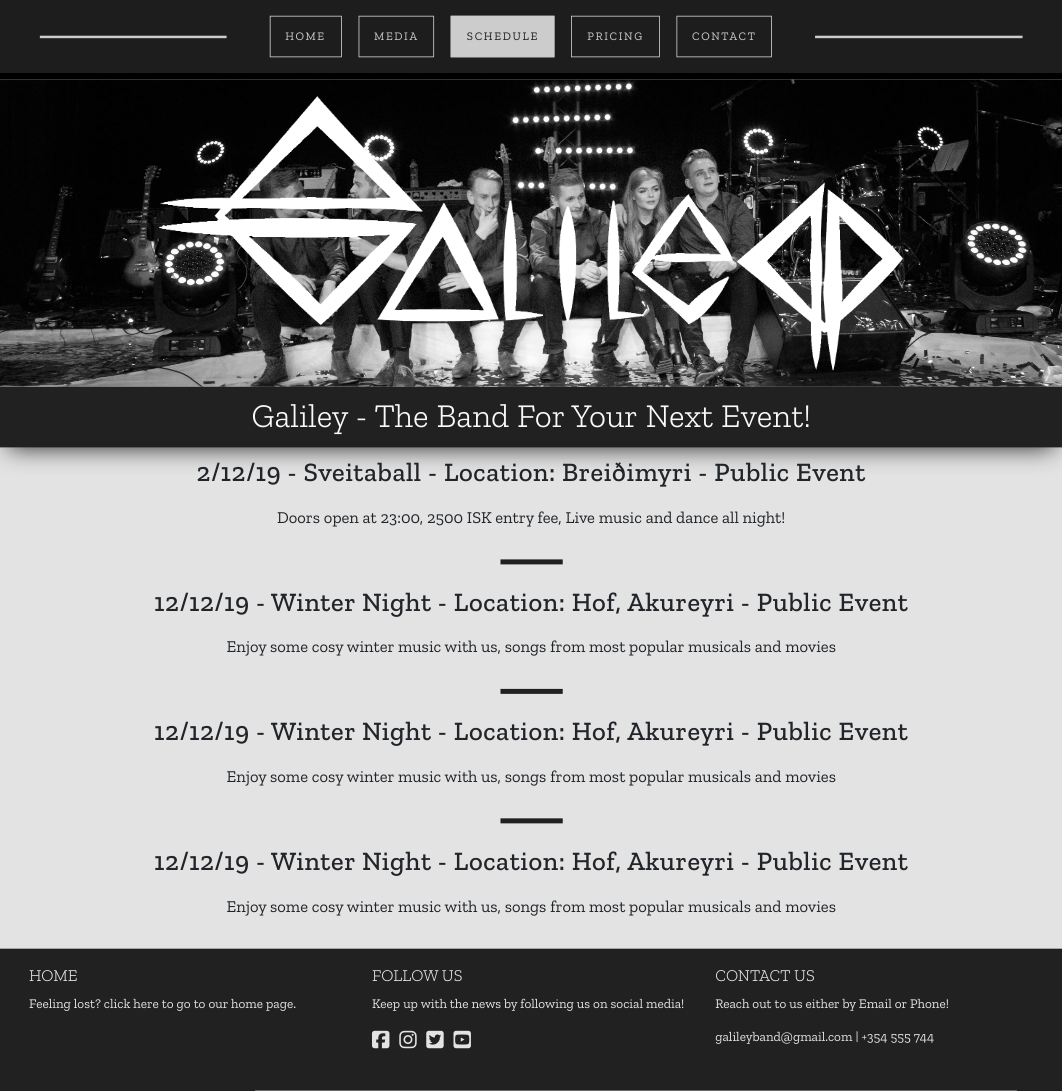
Repository: HeimirDavid/Galiley-Website
Page: schedule.html
The author's editor kept a record of every edit. The page is drawn from the files as they stood at one moment, then again after the next edit.
The browser window is 1280 px wide. The pictures show the whole page, at 83% of full size.
Some web libraries are served in a nearby version.

Above is the page before.

### schedule.html
<!DOCTYPE html>
<html lang="en">

<head>
    <meta charset="UTF-8">
    <meta name="viewport" content="width=device-width, initial-scale=1.0">
    <meta http-equiv="X-UA-Compatible" content="ie=edge">

    <link rel="stylesheet" href="https://stackpath.bootstrapcdn.com/bootstrap/4.3.1/css/bootstrap.min.css" integrity="sha384-ggOyR0iXCbMQv3Xipma34MD+dH/1fQ784/j6cY/iJTQUOhcWr7x9JvoRxT2MZw1T" crossorigin="anonymous">
    <link rel="stylesheet" href="https://cdnjs.cloudflare.com/ajax/libs/hover.css/2.3.1/css/hover-min.css" type="text/css" />
    <link rel="stylesheet" href="assets/css/style.css" type="text/css" />

    <script src="https://code.jquery.com/jquery-3.3.1.slim.min.js" integrity="sha384-q8i/X+965DzO0rT7abK41JStQIAqVgRVzpbzo5smXKp4YfRvH+8abtTE1Pi6jizo" crossorigin="anonymous"></script>
    <script src="https://cdnjs.cloudflare.com/ajax/libs/popper.js/1.14.7/umd/popper.min.js" integrity="sha384-UO2eT0CpHqdSJQ6hJty5KVphtPhzWj9WO1clHTMGa3JDZwrnQq4sF86dIHNDz0W1" crossorigin="anonymous"></script>
    <script src="https://stackpath.bootstrapcdn.com/bootstrap/4.3.1/js/bootstrap.min.js" integrity="sha384-JjSmVgyd0p3pXB1rRibZUAYoIIy6OrQ6VrjIEaFf/nJGzIxFDsf4x0xIM+B07jRM" crossorigin="anonymous"></script>
    <script src="https://kit.fontawesome.com/2ea8c5e5d2.js" crossorigin="anonymous"></script>

    <title>Galiley</title>
</head>

<body>
    <header>
        <!------ Header Navigation Menu, Mainly written with bootstrap  ------>
        <div class="row no-gutters">
            <div class="col black-container">
                <nav class="navbar fixed-top navbar-expand-md navbar-dark bg-dark" id="navbar-black-color">
                    <!-- Navbar position with help of this  -->
                    <a class="navbar-brand" href="index.html">Galiley - Home</a>
                    <!-- tutorial: https://www.youtube.com/watch?v=NzjU1GmKosQ&t=90s  -->
                    <button class="navbar-toggler" type="button" data-toggle="collapse" data-target="#navbarSupportedContent" aria-controls="navbarSupportedContent" aria-expanded="false" aria-label="Toggle navigation">
                    <span class="navbar-toggler-icon"></span></button>
                    <div class="collapse navbar-collapse" id="navbarSupportedContent">
                        <ul class="navbar-nav m-auto">
                            <li class="nav-item menuitem">
                                <a class="nav-link" href="index.html"><span>Home</span></a>
                            </li>
                            <li class="nav-item menuitem">
                                <a class="nav-link" href="media.html"><span>Media</span></a>
                            </li>
                            <li class="nav-item menuitem active-item">
                                <a class="nav-link" href="schedule.html"><span>Schedule</span></a>
                            </li>
                            <li class="nav-item menuitem">
                                <a class="nav-link" href="pricing.html"><span>Pricing</span></a>
                            </li>
                            <li class="nav-item menuitem">
                                <a class="nav-link" href="contact.html"><span>Contact</span></a>
                            </li>
                        </ul>
                    </div>
                </nav>
            </div>
        </div>

        <!------ Header Logo Image ------>
        <div class="logo-container">
            <div class="row no-gutters">
                <div class="col header-background-img">
                    <a href="#">
                    <img class="logo-white" src="assets/images/galiley_vit.png">
                </a>
                </div>
            </div>
        </div>

        <!------ Header Text  ------>
        <div class="row no-gutters">
            <div class="col h1-heading">
                <h1>Galiley - The Band For Your Next Event!</h1>
            </div>
        </div>
    </header>

    <section class="container">
        <div class="row">
            <div class="col text-center">
                <h3 class="header-h3 schedule-header">2/12/19 - Sveitaball - Location: Breiðimyri - Public Event</h3>
                <p class="p-text">
                    Doors open at 23:00, 2500 ISK entry fee, Live music and dance all night!
                </p>
                <hr class="block-devider">
                <h3 class="header-h3 schedule-header">12/12/19 - Winter Night - Location: Hof, Akureyri - Public Event</h3>
                <p class="p-text">
                    Enjoy some cosy winter music with us, songs from most popular musicals and movies
                </p>
                <hr class="block-devider">
                <h3 class="header-h3 schedule-header">12/12/19 - Winter Night - Location: Hof, Akureyri - Public Event</h3>
                <p class="p-text">
                    Enjoy some cosy winter music with us, songs from most popular musicals and movies
                </p>
                <hr class="block-devider">
                <h3 class="header-h3 schedule-header">12/12/19 - Winter Night - Location: Hof, Akureyri - Public Event</h3>
                <p class="p-text">
                    Enjoy some cosy winter music with us, songs from most popular musicals and movies
                </p>
            </div>
        </div>

    </section>
    <!--
    <section class="container-fluid">
        <div class="row">
            <div class="col schedule-col">
                <div class="table-responsive">
                    <table class="table table-hover table-dark">
                        <thead>
                            <tr>
                                <th scope="col">Date</th>
                                <th scope="col">Type</th>
                                <th scope="col">Location</th>
                                <th scope="col">Public/Closed</th>
                            </tr>
                        </thead>
                        <tbody>
                            <tr>
                                <th scope="row">1</th>
                                <td>Mark</td>
                                <td>Otto</td>
                                <td>@mdo</td>
                            </tr>
                            <tr>
                                <th scope="row">2</th>
                                <td>Jacob</td>
                                <td>Thornton</td>
                                <td>@fat</td>
                            </tr>
                            <tr>
                                <th scope="row">3</th>
                                <td colspan="2">Larry the Bird</td>
                                <td>@twitter</td>
                            </tr>
                        </tbody>
                    </table>
                </div>
            </div>
        </div>
    </section>
    -->

    <footer>
        <!------ Footer section, Mainly structured and written with the help from CI tutorials from the Resume-Project.
                             Since i liked the design and strucure and felt that it fits well within this project. ------>
        <div class="container-fluid">
            <div class="row" id="footer-details">
                <div class="col-sm-4">
                    <h5 class="uppercase footer-heading">
                        <a href="index.html" class="footer-links">Home</a>
                    </h5>
                    <p class="inline-block">Feeling lost? click here to go to our home page.</p>
                </div>

                <div class="col-sm-4">
                    <h5 class="uppercase footer-heading">Follow Us</h5>
                    <p class="inline-block">Keep up with the news by following us on social media!</p>
                    <ul class="list-inline social-media-links">
                        <li class="list-inline-item">
                            <a class="footer-links" target="_blank" href="https://www.facebook.com/GalileyBand/">
                                <i class="fab fa-facebook-square"></i>
                                <span class="sr-only">Facebook</span>
                            </a>
                        </li>
                        <li class="list-inline-item">
                            <a class="footer-links" target="_blank" href="#">
                                <i class="fab fa-instagram"></i>
                                <span class="sr-only">Instagram</span>
                            </a>
                        </li>
                        <li class="list-inline-item">
                            <a class="footer-links" target="_blank" href="#">
                                <i class="fab fa-twitter-square"></i>
                                <span class="sr-only">Twitter</span>
                            </a>
                        </li>
                        <li class="list-inline-item">
                            <a class="footer-links" target="_blank" href="#">
                                <i class="fab fa-youtube-square"></i>
                                <span class="sr-only">Youtube</span>
                            </a>
                        </li>
                    </ul>
                </div>

                <div class="col-sm-4">
                    <h5 class="uppercase footer-heading">Contact Us</h5>
                    <p class="inline-block">Reach out to us either by Email or Phone!</p>
                    <p>galileyband@gmail.com | +354 555 744</p>
                </div>
            </div>
        </div>
    </footer>
</body>

</html>

### assets/css/style.css
@import url('https://fonts.googleapis.com/css?family=Zilla+Slab:300,400,500,600,700&display=swap');

html {
    scroll-behavior: smooth;
}

body {
    font-family: 'Zilla Slab', serif;
    background-color: #e3e3e3;
    overflow-x: hidden;
}

/*--------------------------------- Colour */

.green-color {
    background-color: #35af7e;
}

.grey-color {
    background-color: #c5c5c5;
}

.grey-blue {
    background-color: #76809a;
}
/*------------------------------- Special padding/margins/text */

h1, h2, h3, h4, h5 {
    margin: 0;
}

.uppercase {
    text-transform: uppercase;
}

.inline-block {
    display: inline-block;
}

.block-devider {
    width: 75px;
    height: 5px;
    background-color: #212121;
}

.block-devider-white {
    width: 75px;
    height: 5px;
    background-color: #e3e3e3;
}

.container-fluid {
    padding: 0;
}

.row {
    margin-right: 0;
    margin-left: 0;
}

/*--------------------------------- General and shares styles/items */

.text-center {
    text-align: center;
}

.item-center {
    item-align: center;
}

.gotop-col {
    padding: 20px;
}

.gotopbtn {
    text-align: center;
    text-decoration: none;
    color: #212121;
    font-size: 1.5em;
    margin: 20px 20px;
    transition: ease-in-out 0.3s;
    -moz-transition: ease-in-out 0.3s;
    -webkit-transition: ease-in-out 0.3s;
    -o-transition: ease-in-out 0.3s;
}

.gotopbtn:hover {
    color: #a5a5a5;
    text-decoration: none;
}

.btn-book {
    font-size: 24px;
    border-radius: 2px;
    background-color: rgba(33, 33, 33, 0.5);
    border-color: rgba(33, 33, 33, 0)
}

/*--------------------------------- Headings text styles */

.header-h2 {
    font-weight: 500;
    padding: 10px 10px 20px 10px;
    letter-spacing: 1.5px;
}

.header-h3 {
    font-weight: 300;
    letter-spacing: 0.7px;
    padding: 10px;
}

.header-h4 {
    font-weight: 400;
    letter-spacing: 0.8px;
    font-size: 28px;
    padding: 10px;
}

.header-h5 {
    font-weight: 400;
    font-size: 24px;
    letter-spacing: 0.8px;
    padding: 10px;
}

/*--------------------------------- Navbar/Menu */

.navbar {
    opacity: 0.9;
    text-align: center;
    padding-bottom: 1.2em;
}

.menuitem {
    height: 50px;
    text-align: center;
    padding-left: 10px;
    padding-right: 10px;
    margin: 0px 10px 0px 10px;
    border: 1px solid #e3e3e3;
    transition: ease-in-out 0.3s;
    -moz-transition: ease-in-out 0.3s;
    -webkit-transition: ease-in-out 0.3s;
    -o-transition: ease-in-out 0.3s;
}

.menuitem a {
    width: 100%;
    text-decoration: none;
    color: #e3e3e3;
}

.menuitem a i {
    padding-top: 22px;
    display: block;
    color: #e3e3e3;
    font-size: 26px;
}

.menuitem span {
    display: block;
    width: 100%;
    padding-top: 5px;
    text-align: center;
    text-transform: uppercase;
    font-size: 14px;
    font-weight: 400;
    letter-spacing: 2px;
    transition: ease-in-out 0.3s;
    -moz-transition: ease-in-out 0.3s;
    -webkit-transition: ease-in-out 0.3s;
    -o-transition: ease-in-out 0.3s;
    color: #e3e3e3;

}

.menuitem:hover {
    background-color: #e3e3e3;
}

.menuitem:hover.menuitem span {
    color: #212121;
}

.navbar::before,     /* Before and After used from inspiration of this tutorial: https://www.youtube.com/watch?v=zGiirUiWslI   */
.navbar::after {
    content: "";
    margin-left: 2em;
    margin-right: 2em;
    width: 18%;
    height: 0.2em;
    background-color: #e3e3e3;
}

.navbar-nav .active-item span {
    color: #212121;
}

.navbar-nav .active-item {
    background-color: #e3e3e3;
}

.navbar::after {
    width: 20%;
}

.fixed-top {
    padding-top: 1.2em;
}

.navbar-brand {
    display: none;
}

#navbar-black-color {
    background-color: #212121!important;
}




/*--------------------------------- Header */

.black-container {
    position: relative;
    top: 0;
    left: 0;
    width: 100%;
    height:6em;
    background-color: #000;
}

.h1-heading {
    color: #fafafa;
    padding: 10px 0px 15px 0px;
    text-align: center;
    background-color: #212121;
    box-shadow: 0px 10px 30px -10px #212121;
}

.h1-heading h1 {
    font-weight: 300;
}

.header-background-img {
    display: block;
    background-image: url("../images/galiley_diddi.jpg");
    padding: 20px;
    background-size: cover;
}

/*
.logo-container {
    margin-top: 7%;
}
*/

.logo-white {
    opacity: 1.9;
    display: block;
    margin-left: auto;
    margin-right: auto;
    width: 70%;
}

/*--------------------------------- Footer */

footer {
    background-color: #212121;
    color: #e3e3e3;
    min-height: 100px;
    margin: 0;
}

.footer-heading {
    font-weight: 300;
    text-decoration: none;
    margin-bottom: 10px;
}

.footer-heading a {
    transition: ease-in-out 0.3s;
    -moz-transition: ease-in-out 0.3s;
    -webkit-transition: ease-in-out 0.3s;
    -o-transition: ease-in-out 0.3s;
}

.footer-heading a:hover {
    color: #a5a5a5;
    text-decoration: none;
}

.footer-links {
    color: #e3e3e3;
}

.social-media-links {
    padding-bottom: 10px;
}

.social-media-links li a i {
    font-size: x-large;
    padding: 10px 0px;
    line-height: 10px;
    transition: ease-in-out 0.3s;
    -moz-transition: ease-in-out 0.3s;
    -webkit-transition: ease-in-out 0.3s;
    -o-transition: ease-in-out 0.3s;
}

.social-media-links li a i:hover {
    color: #35af7e;
}

#footer-details {
    padding: 20px;
}

/*--------------------------------- About - Section / What we offer - Section */

.about-offer-row {
    padding: 20px 0px;
}

.p-text {
    font-size: 20px;
    padding: 10px 10px 20px 10px;
}

.about-row {
    padding: 60px 10px 20px 10px;
}

.offer-card {
    background-color: #212121;
    color: #e3e3e3;
    padding: 20px;
    margin-bottom: 45px;
    box-shadow: 3px 3px 15px 0px #000;
    opacity: 0.9;
}

/*--------------------------------- Reviews - section */

.review-header {
    background-color: #212121;
    color: #fafafa;
    padding: 10px 0px 15px 0px;
    text-align: center;
    box-shadow: 0px 1px 10px 1px #212121;
}

.review-header h2 {
    font-weight: 300;
}

.review-cards {
    background-color: #212121;
    color: #e3e3e3;
    opacity: 0.9;
    max-width: 250px;
    padding: 20px;
    margin: 30px;
    margin-right: auto;
    margin-left: auto;
    text-align: center;
    border-radius: 10px;
    box-shadow: 5px 5px 15px 0px #212121;
}

.cards-header {
    font-weight: 300;
    letter-spacing: 0.8px;
    margin-bottom: 15px;
}

.review-p {
    font-size: 18px;
    font-weight: 200;
    letter-spacing: 0.8px;
}

/*--------------------------------- Setlist Section / Video Section */

.spotify-header-row {
    background-color: #35af7e;
}

.media-header {
    padding: 20px;
    font-weight: 300;
    font-size: 38px;
}

.spotify-row {
    margin-bottom: 40px;
}

.setlist-header-col {
    color: #000;
    padding: 30px;
}

.media-h4 {
    font-weight: 300;
    font-size: 30px;
    padding: 10px;
}

.media-p {
    font-size: 22px;
    font-weight: 300;
}

.spotify-col {
    color: #e3e3e3;
    background-color: rgba(0, 0, 0, 0.5);
    margin: auto;
    margin-top: 20px;
    padding: 20px 10px 0px 10px;
    max-width: 300px;
    border-radius: 12px;
    border-radius: 10px;
    box-shadow: 5px 5px 15px 0px #212121;
}

.spotify-col::before {
    content: "";
    top: 0;
    left: 0;
    background-color: #212121;
    height: 100px;
    width: 1em;
}

.spotify-player {
    opacity: .96;
}

.video-header-col {
    background-color: #212121;
    color: #e3e3e3;
    padding: 20px 0px;
    box-shadow: 0px 10px 30px -10px #212121;
}

.youtube-col {
    padding: 10px;
}

.youtube-container {  /*   Code copied to make youtube player responsive. Source: https://avexdesigns.com/responsive-youtube-embed/    */
position: relative;
padding-bottom: 56.25%;
padding-top: 30px; height: 0; overflow: hidden;
}

.youtube-container iframe,
.youtube-container object,
.youtube-container embed {
position: absolute;
top: 0;
left: 0;
width: 100%;
height: 100%;
}

/*--------------------------------- Pricing */

.pricing-col {
    padding-top: 30px;
    height: 100%;
    background-color: #4b4b4b;
    color: #e3e3e3;
}

.package-header-row {
    padding-top: 30px;
    color: #e3e3e3;
}

.package-row {
    padding-top: 30px;
    color: #e3e3e3;
}

.package-cards {
    box-shadow: 1px 1px 1px 1px #cacaca;
    padding: 20px 10px;
    margin-top: 15px;
    margin-bottom: 15px;
}

.package-cards ul {
    list-style: none;
    padding:0;
}

.package-cards ul li {
        margin: 10px 0px;
}

/*--------------------------------- Contact Page */

.header-h5-contact {
    font-weight: 600;
    font-size: 24px;
    letter-spacing: 0.8px;
    padding: 10px;
}

.contact-form {
    max-width: 80%;
    margin: 30px auto 10px auto;
}

.contact-col {
    margin-top: 20px;
}

.form-control {
    border-radius: 2px;
    background-color: #dcdfe2;
}

.btn-contact {
    color: #e3e3e3;
    background-color: #212121;
    font-size: 20px;
    padding: 12px;
    border-radius: 2px;
    margin: 20px;
    transition: ease-in-out 0.3s;
    -moz-transition: ease-in-out 0.3s;
    -webkit-transition: ease-in-out 0.3s;
    -o-transition: ease-in-out 0.3s;
}

.btn-contact:hover {
    background-color: #35af7e;
}

/*--------------------------------- Schedule Page */

.schedule-row {
    margin: 20px;
}

.schedule-header {
    font-weight: 500;
    font-size: 32px;
}

/*--------------------------------- Media Queries */

@media (max-width: 767px) {

    .navbar::before,
    .navbar::after {
        display: none;
    }

    .navbar-brand {
        display: block;
    }

    .fixed-top {
        padding: 1em;
    }

    .reviews-container {
        background-color: #e3e3e3;
    }

    .reviews-container {
        background: #e3e3e3;
    }

    .package-row,
    .package-row .package-header-row
    {
        background-color: #e3e3e3;
        color: #212121;
    }
}

@media (min-width: 767px) {

    /* Images use and fixed image website layout inspiried by this tutorial: https://www.youtube.com/watch?v=PWoOpJtkyjI */
    #about-image { /* Image from unsplash taken by Luca Baggio */
        background-image: url("../images/about-background.jpg");
        background-attachment: fixed;
        background-size: cover;
        height: 120vh;
        width: 100%;
    }

    #spotify-background-img {
        background-image: url("../images/spotify-background-img.jpg");
        background-attachment: fixed;
        background-size: cover;
        height: 120vh;
        width: 100%;
    }

    #offer-image {
        background-image: url("../images/galiley-offer.jpg");
        background-attachment: scroll;
        background-size: cover;
        height: 100%;
        width: 100%;
        box-shadow: 0px -3px 7px 0px;
    }

    #packages-img {
        background-image: url("../images/packages-img.jpg");
        background-attachment: scroll;
        background-size: cover;
        height: 100%;
        width: 100%;
    }

    /*
    .green-black-img {
        background-image: url("../images/setlist-background.png");
        background-attachment: fixed;
        background-size: cover;
        box-shadow: 0px -3px 7px 0px;
    }
    */

    .about-offer-row {
    padding: 60px 10px 20px 10px;
    }

    .youtube-row {
        padding-top: 50px;
    }

    .youtube-col {
        padding: 10px 100px;
    }
}

@media (min-width: 767px) and (max-width: 1000px) {
    #about-image {
        background-image: url("../images/about-background.jpg");
        background-attachment: fixed;
        background-size: cover;
        height: 200vh;
        width: 100%;
    }

        #spotify-background-img {
        background-image: url("../images/spotify-background-img.jpg");
        background-attachment: fixed;
        background-size: cover;
        height: 250vh;
        width: 100%;
    }
}

@media (max-width: 576px) {
    /* To get rid of padding and margin to link up "Offer section" and "reviews section" in mobile view */
    .about-offer-row {
    padding-top: 20px;
    }

    .offer-card {
        margin: 0;
    }
}

After the next edit:
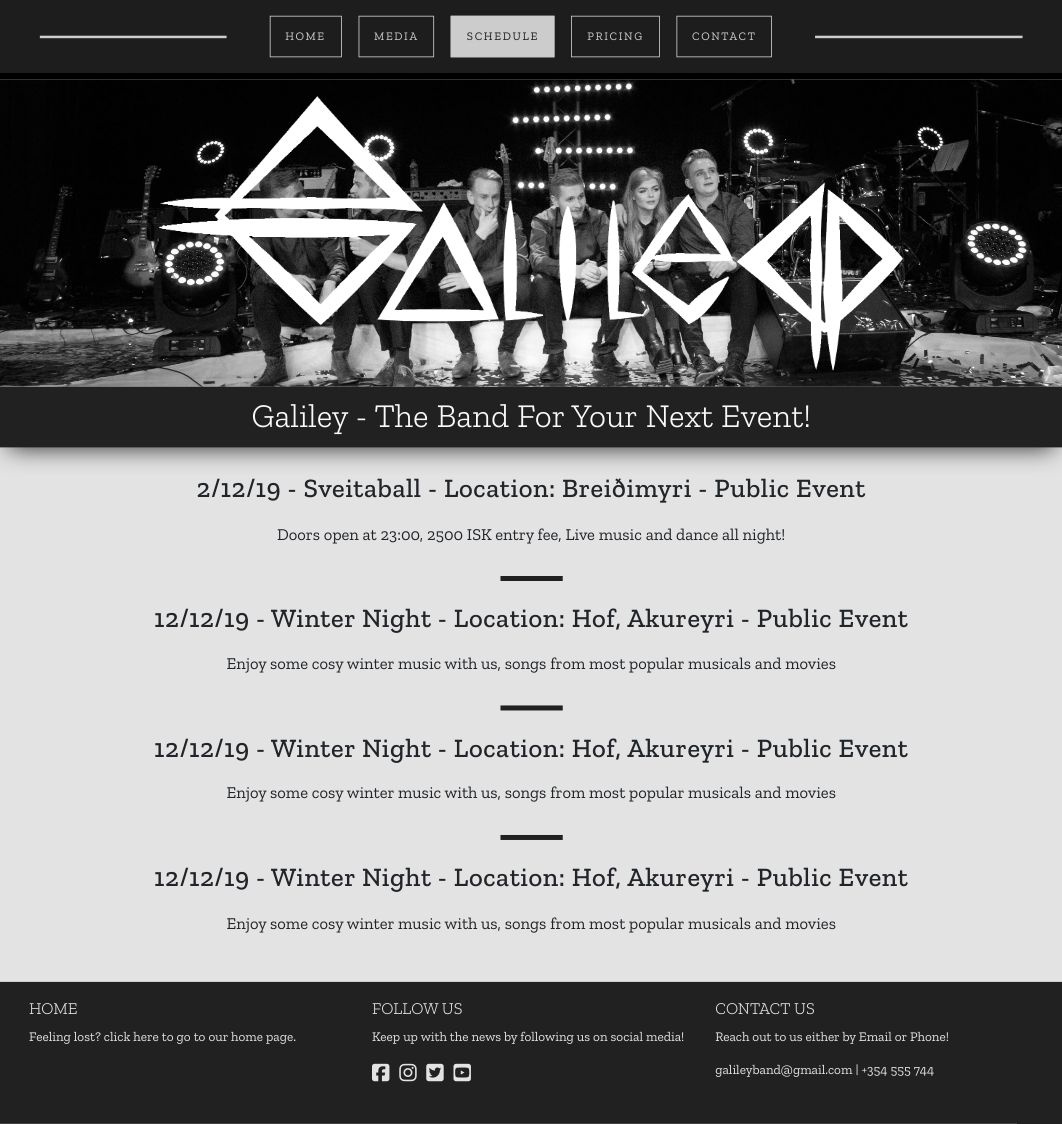
The edit:
--- a/schedule.html
+++ b/schedule.html
@@ -72,7 +72,7 @@
     </header>
 
     <section class="container">
-        <div class="row">
+        <div class="row schedule-row">
             <div class="col text-center">
                 <h3 class="header-h3 schedule-header">2/12/19 - Sveitaball - Location: Breiðimyri - Public Event</h3>
                 <p class="p-text">
